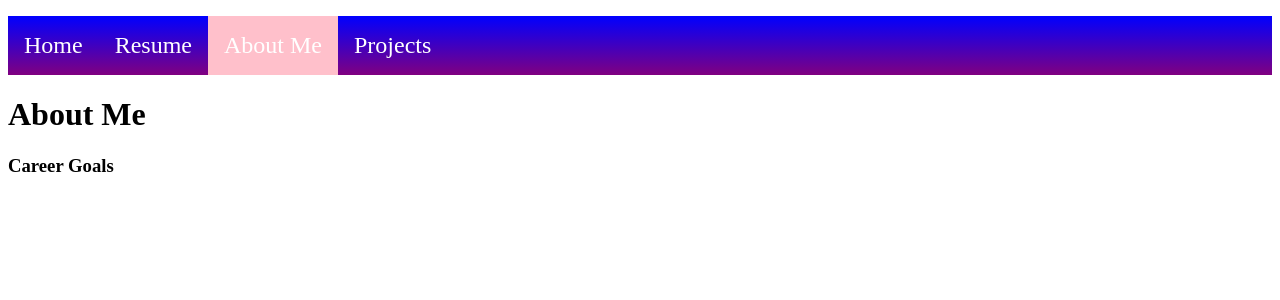
Repository: Peng-uin/Peng-uin.github.io
Page: aboutme.html
The author's editor kept a record of every edit. The page is drawn from the files as they stood at one moment, then again after the next edit.
The browser window is 1280 px wide. The pictures show the whole page.

Above is the page before.

### aboutme.html
<!DOCTYPE html>
<html>
    <head>
        <title>Page Title</title>
        <link rel="stylesheet" type="text/css" href="style.css">
    </head>
    <body>

        <ul class="navbar">
            <li><a href="index.html">Home</a></li>
            <li><a href="resume.html">Resume</a></li>
            <li class="active"><a href="aboutme.html">About Me</a></li>
            <li class="dropdown">
                <div>Projects</div>
                <ul class="dropdown-content">
                    <li><a href="project1.html">Project1</a></li>
                     <li><a href="project2.html">Project2</a></li>
                      <li><a href="project3.html">Project3</a></li>
                </ul>

            </li>
        </ul>
        <h1>About Me</h1>
        <font-size=12px;>
        <h3>Career Goals</h3>
        <p> </p>
    </body>
</html>

### style.css
.navbar{
                list-style: none;
                background-color: black;
                overflow: hidden;
                padding: 0;
                width: 100%;
            background-image:-webkit-linear-gradient(blue, purple);
            background-image:-moz-linear-gradient(blue, purple);
            background-image:-o-linear-gradient(blue, purple);
            background-image:linear-gradient(blue, purple);
            }
            .navbar a, .dropdown div{
                text-decoration: none;
                color: white;
                font-size:24px;
                padding: 16px;
                display: inline-block;
            }
            .navbar li{
                float: left;
            }
            .navbar li:hover{
                background-color: orange;
            }
            .dropdown-content{
                list-style: none;
                padding: 0;
                display: none;
                position: absolute;
                z-index: 1;
                background-color: black;
            }
            .dropdown-content li{
                float:none;
            }
            .dropdown:hover .dropdown-content{
                display: block;

            }
            .active{
                background-color: pink;
            }

After the next edit:
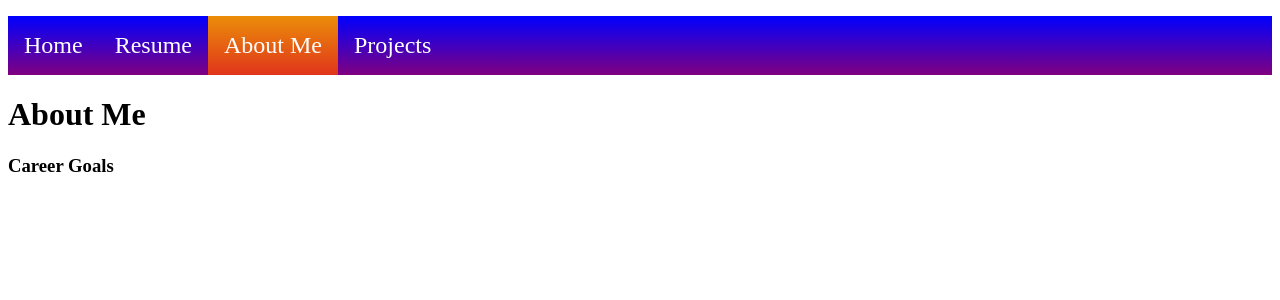
The edit:
--- a/style.css
+++ b/style.css
@@ -38,5 +38,8 @@
 
             }
             .active{
-                background-color: pink;
+                background-image:-webkit-linear-gradient(#eb8d09,#e0351b);
+            background-image:-moz-linear-gradient(#eb8d09,#e0351b);
+            background-image:-o-linear-gradient(#eb8d09,#e0351b));
+            background-image:linear-gradient(#eb8d09,#e0351b);
             }
